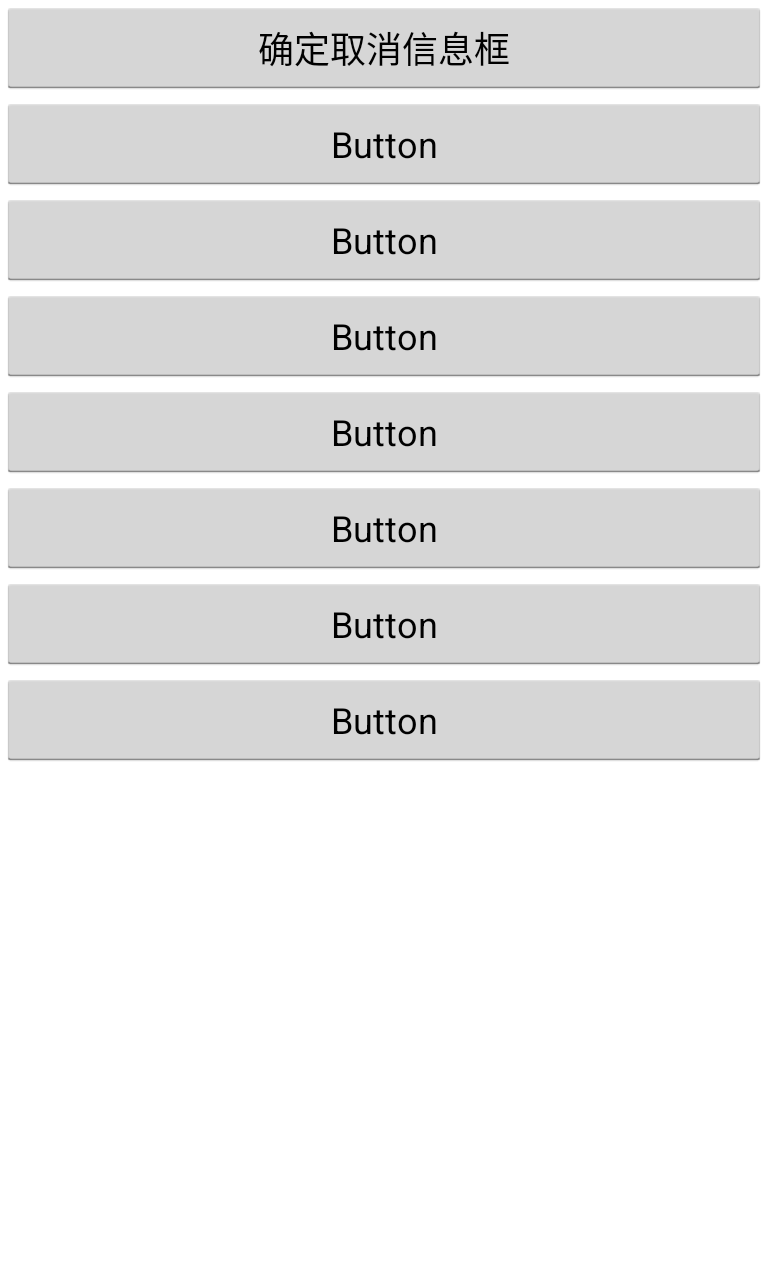
Repository: wissne/mapleproject
Layout: Android/12.Dialog/res/layout/activity_main.xml
These files come from the project's save history. The layout is drawn as it stood at one moment and after the next save; the edit follows.
It is drawn on a 768 x 1280 px phone screen (xhdpi) without system bars, with theme AppTheme; the app's code is not run.

Above is the layout before, as saved 2012-12-16 03:26:33.

### Android/12.Dialog/res/layout/activity_main.xml
<LinearLayout xmlns:android="http://schemas.android.com/apk/res/android"
    xmlns:tools="http://schemas.android.com/tools"
    android:id="@+id/LinearLayout1"
    android:layout_width="match_parent"
    android:layout_height="match_parent"
    android:orientation="vertical" >



    <Button
        android:id="@+id/Button01"
        android:layout_width="match_parent"
        android:layout_height="wrap_content"
        android:text="确定取消信息框" />

    <Button
        android:id="@+id/Button02"
        android:layout_width="match_parent"
        android:layout_height="wrap_content"
        android:text="Button" />

    <Button
        android:id="@+id/Button03"
        android:layout_width="match_parent"
        android:layout_height="wrap_content"
        android:text="Button" />

    <Button
        android:id="@+id/Button04"
        android:layout_width="match_parent"
        android:layout_height="wrap_content"
        android:text="Button" />

    <Button
        android:id="@+id/Button05"
        android:layout_width="match_parent"
        android:layout_height="wrap_content"
        android:text="Button" />

    <Button
        android:id="@+id/Button06"
        android:layout_width="match_parent"
        android:layout_height="wrap_content"
        android:text="Button" />

    <Button
        android:id="@+id/Button07"
        android:layout_width="match_parent"
        android:layout_height="wrap_content"
        android:text="Button" />

    <Button
        android:id="@+id/Button08"
        android:layout_width="match_parent"
        android:layout_height="wrap_content"
        android:text="Button" />

</LinearLayout>

Loaded but not shown: Android/12.Dialog/res/values-v11/styles.xml (common file); Android/12.Dialog/res/values-v14/styles.xml (common file); Android/12.Dialog/res/values/styles.xml (common file)

After the next save:
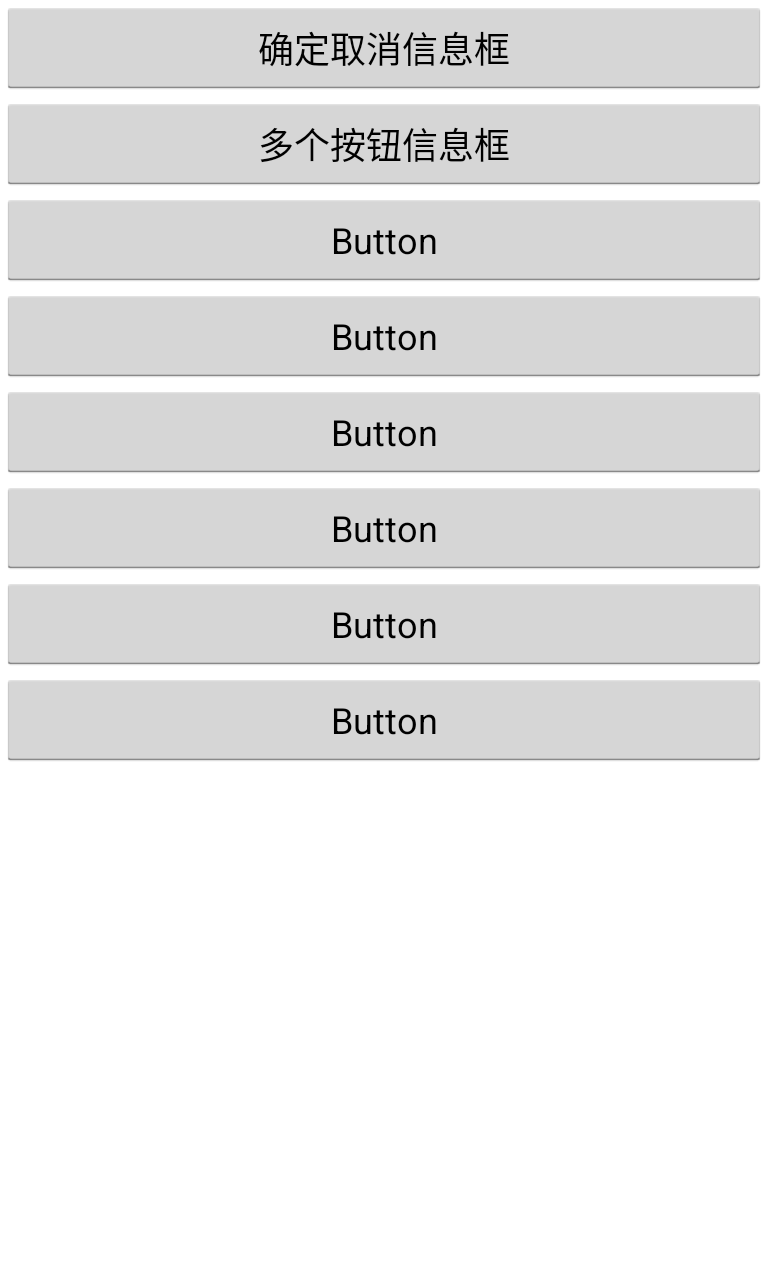
Saved 41 s later.
--- a/Android/12.Dialog/res/layout/activity_main.xml
+++ b/Android/12.Dialog/res/layout/activity_main.xml
@@ -17,7 +17,7 @@
         android:id="@+id/Button02"
         android:layout_width="match_parent"
         android:layout_height="wrap_content"
-        android:text="Button" />
+        android:text="多个按钮信息框" />
 
     <Button
         android:id="@+id/Button03"
